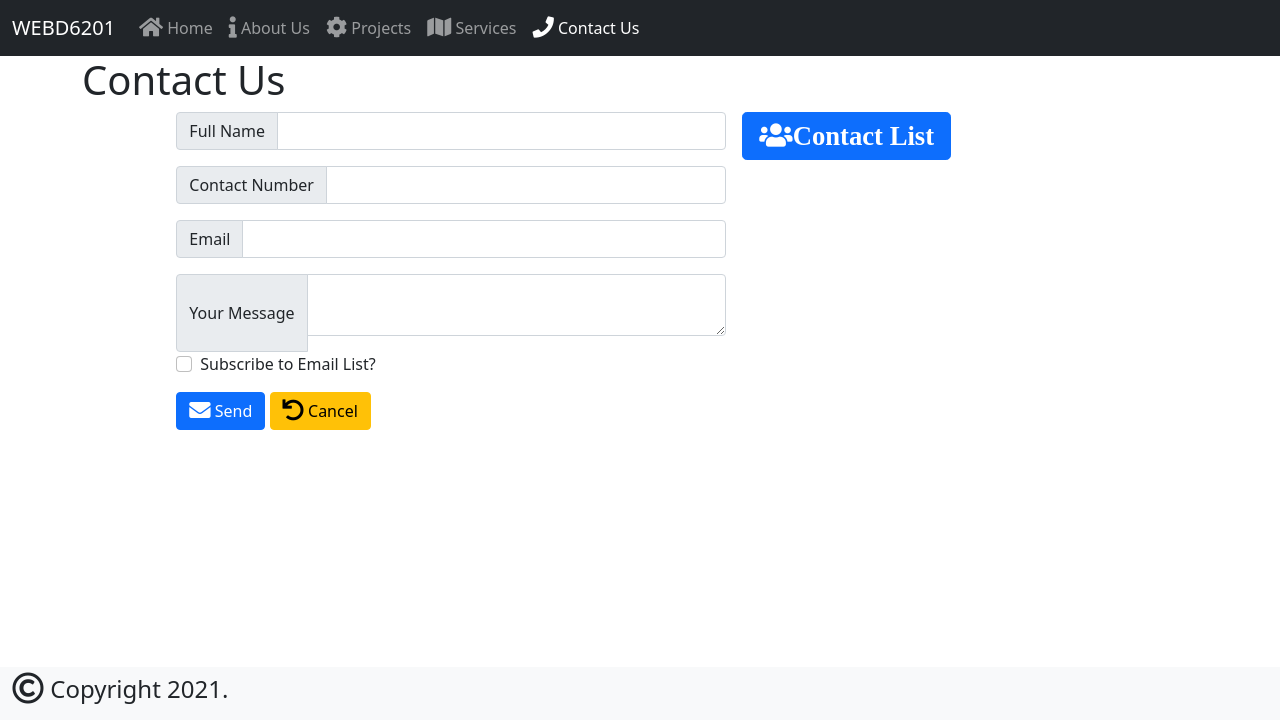
Repository: GarlicButterBoy/WEBD6201-ICE04
Page: contact.html
These files come from the project's save history. The page is drawn as it stood at one moment and after a run of saves; the edit follows.
The browser window is 1280 px wide. The pictures show the whole page.

Above is the page before, as saved 2021-02-10 09:39:05.

After the next 2 saves:
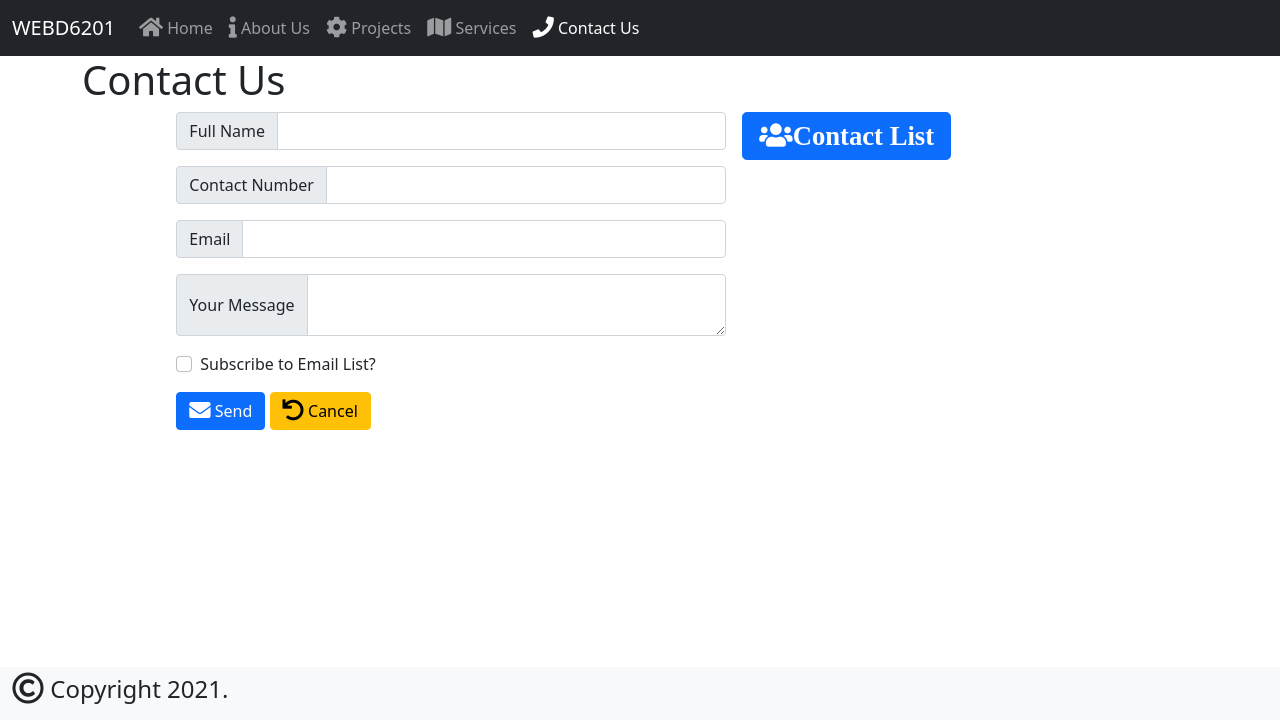
The 2 saves are shown as one change because they came seconds apart.
The last was saved 11 s later.
--- a/contact.html
+++ b/contact.html
@@ -72,9 +72,9 @@
               name="emailAddress" required>
             </div>
 
-            <div class="input-group">
+            <div class="input-group  mb-3">
               <span class="input-group-text" >Your Message</span>
-              <textarea class="form-control mb-3" aria-label="With textarea" required></textarea>
+              <textarea class="form-control" aria-label="With textarea" required></textarea>
             </div>
 
             <div class="form-check mb-3">
